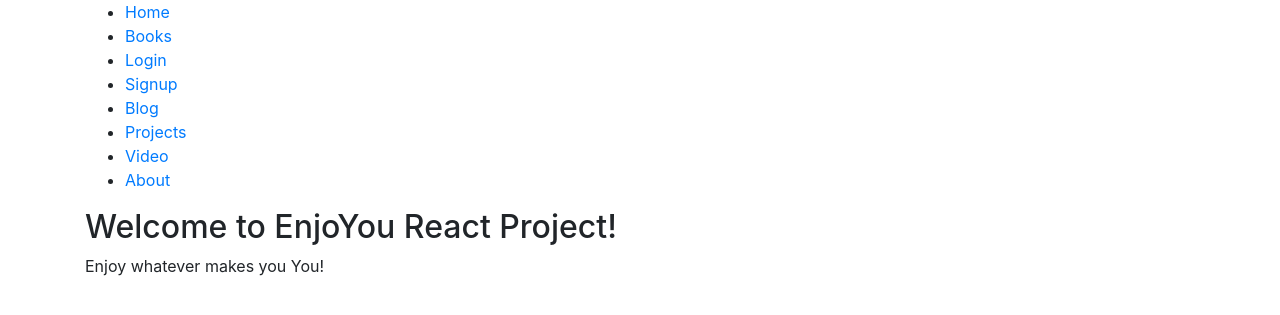
Repository: ebo-arcadia/enjoyou
Page: /home
These files come from the project's save history. The page is drawn as it stood at one moment and after the next save; the edit follows.
The browser window is 1280 px wide. The pictures show the whole page.
The project was rebuilt for these pictures with package versions that can differ from the ones it lists, and the page was loaded fresh each time. Also part of the build but not shown: src/components/BooksList.js, src/containers/Login.js, src/containers/signup.js, src/containers/blog.js, src/containers/Projects.js, src/containers/video.js, src/components/About.js.

Above is the page before, as saved 2021-04-20 11:01:13.

After the next save:
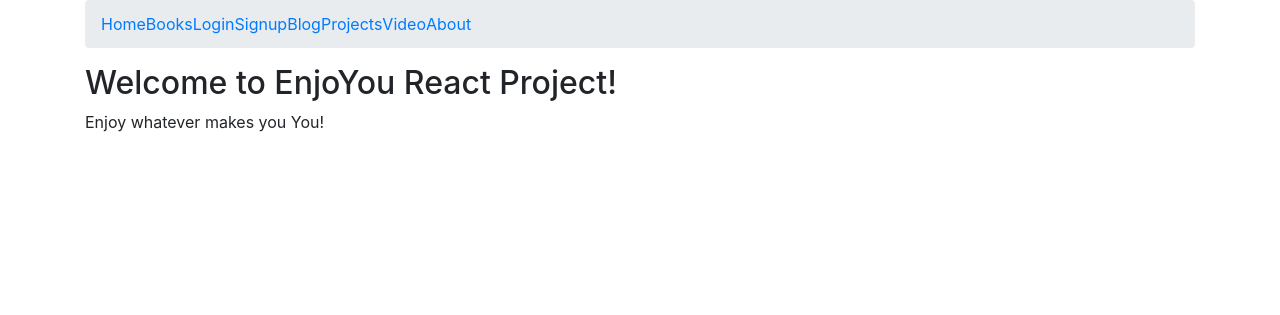
Saved 5 min 3 s later.
--- a/src/containers/App.js
+++ b/src/containers/App.js
@@ -10,6 +10,7 @@ import Projects from '../containers/Projects';
 import Video from '../containers/Video';
 import About from '../components/About'
 import Layout from '../components/Layout'
+import { Breadcrumb } from "react-bootstrap";
 
 export default function App() {
   return (
@@ -18,8 +19,8 @@ export default function App() {
       <Router>
         <div>
           <nav>
-            <ul>
-              <li> <Link to="/">Home</Link> </li>
+            <Breadcrumb>
+              <Breadcrumb.Item><Link to="/">Home</Link></Breadcrumb.Item>
               <li> <Link to="/books">Books</Link> </li>
               <li> <Link to="/login">Login</Link> </li>
               <li> <Link to="/signup">Signup</Link> </li>
@@ -27,7 +28,7 @@ export default function App() {
               <li> <Link to="/projects">Projects</Link> </li>
               <li> <Link to="/video">Video</Link> </li>
               <li> <Link to="/about">About</Link> </li>
-            </ul>
+            </Breadcrumb>
           </nav>
 
           {/* A <Switch> looks through its children <Route>s and
